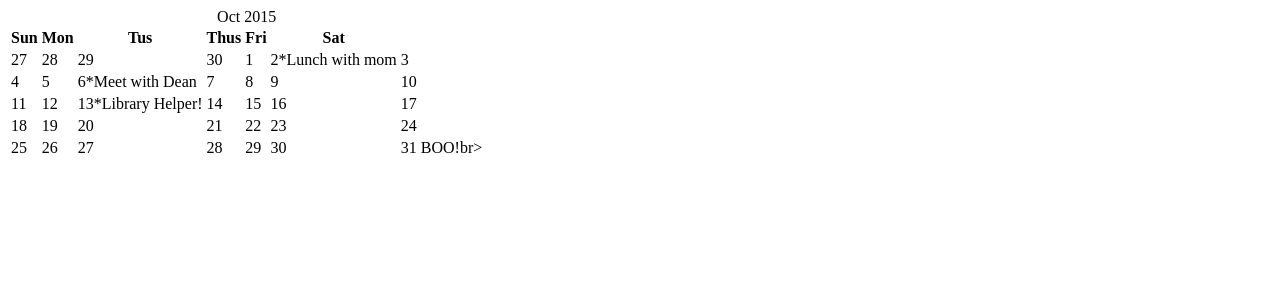
Repository: Tram-anh99/Blockchain_Funix
Page: CSS/lich.html
These files come from the project's save history. The page is drawn as it stood at one moment and after a run of saves; the edit follows.
The browser window is 1280 px wide. The pictures show the whole page.

Above is the page before, as saved 2023-02-28 01:21:00.

### CSS/lich.html
<!DOCTYPE html>
<html lang="en">
<head>
      <meta charset="UTF-8">
      <meta http-equiv="X-UA-Compatible" content="IE=edge">
      <meta name="viewport" content="width=device-width, initial-scale=1.0">
      <title>Calendar Table</title>
      <link rel="stylesheet" href="lich.css">
</head>
<body>
      <table class="cal"><caption>
            Oct 2015
      </caption>
      <!-- in đậm dòng -->
<thead>
      <!-- Dòng -->
      <tr>
            <th>Sun</th>
            <th>Mon</th>
            <th>Tus</th>
            <th>Thus</th>
            <th>Fri</th>
            <th>Sat</th>
      </tr>
</thead>
<!-- Phần thân -->
<tbody>
      <!-- Dòng -->
      <tr>
            <td class="old">27</td>
            <td class="old">28</td>
            <td class="old">29</td>
            <td class="old">30</td>
            <td>1</td>
            <td>2*<span>Lunch with mom</span></td>
            <td>3</td>
      </tr>
      <tr>
            <td>4</td>
            <td>5</td>
            <td>6*<span>Meet with Dean</span></td>
            <td>7</td>
            <td>8</td>
            <td>9</td>
            <td>10</td>
      </tr>
      <tr>
            <td>11</td>
            <td>12</td>
            <td>13*<span>Library Helper!</span></td>
            <td>14</td>
            <td>15</td>
            <td>16</td>
            <td>17</td>
      </tr>
      <tr>
            <td>18</td>
            <td>19</td>
            <td>20</td>
            <td>21</td>
            <td>22</td>
            <td>23</td>
            <td>24</td>
      </tr>
      <tr>
            <td>25</td>
            <td>26</td>
            <td>27</td>
            <td>28</td>
            <td>29</td>
            <td>30</td>
            <td class="holiday">31 <span>BOO!</span>br>
            </span></td>
      </tr>
</tbody>
</table>
</body>
</html>

Loaded but not shown: CSS/lich.css (no copy from this time; the picture is the same without it)

After the next 2 saves:
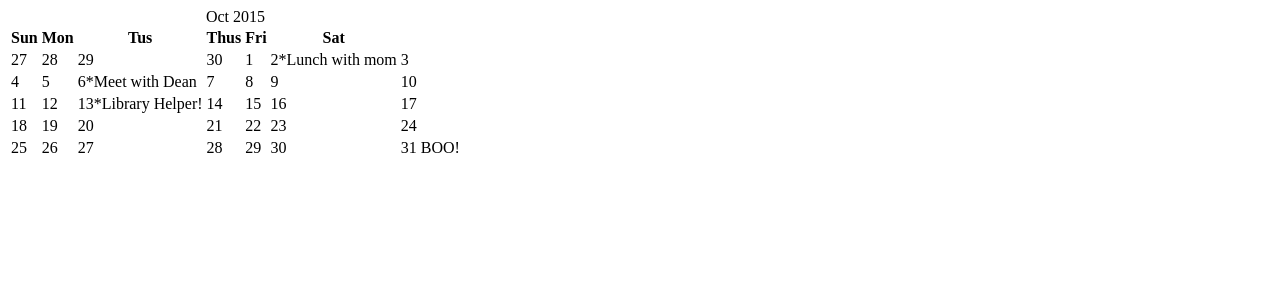
The 2 saves are shown as one change because they came seconds apart.
The last was saved 10 s later.
--- a/CSS/lich.html
+++ b/CSS/lich.html
@@ -69,7 +69,7 @@
             <td>28</td>
             <td>29</td>
             <td>30</td>
-            <td class="holiday">31 <span>BOO!</span>br>
+            <td class="holiday">31 <span>BOO!
             </span></td>
       </tr>
 </tbody>
